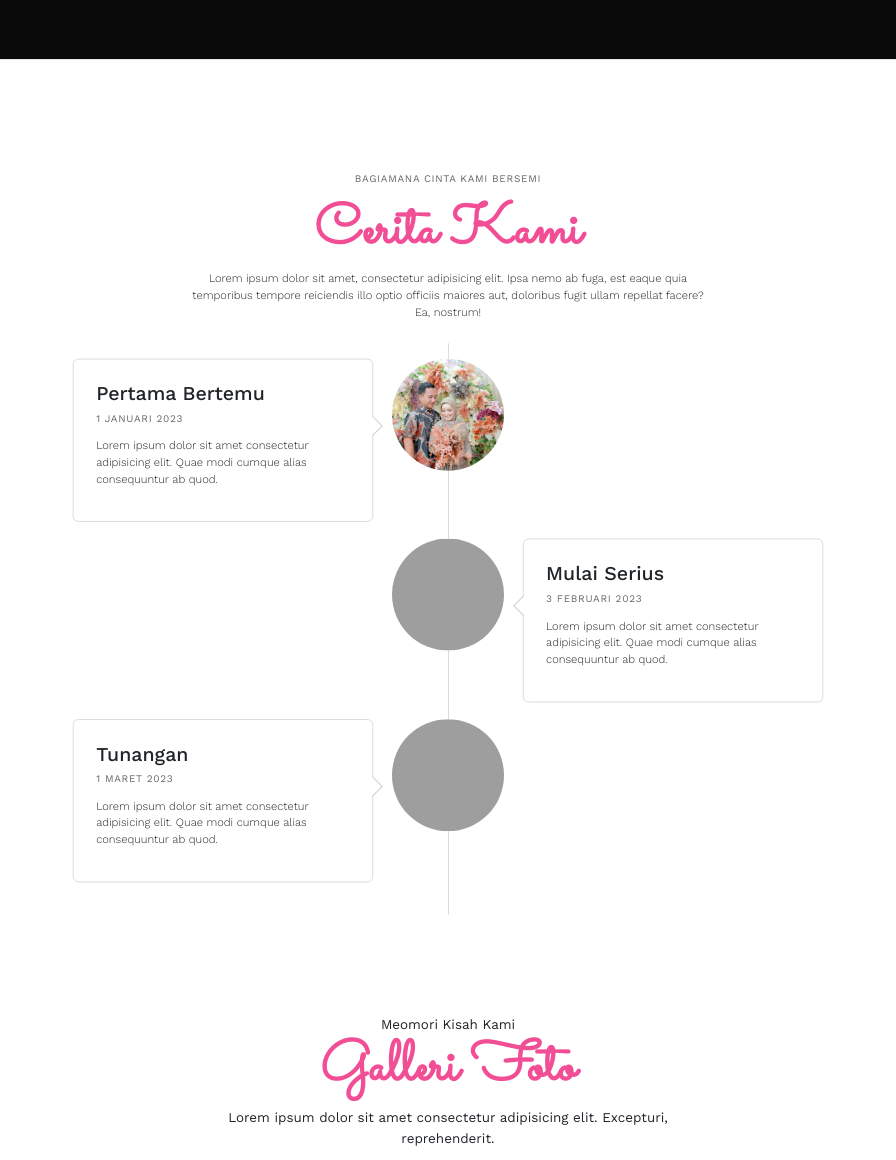
Repository: sellayspy/invitation
Page: index.html
The author's editor kept a copy of each file at every save. The page is drawn from the files as they stood at one save, then again after the next save.
The browser window is 1280 px wide. The pictures show the part of the page from y = 2439 to 4359 px (the page is 4096 px tall before and 4359 px after), at 70% of full size.
Pictures or frames that could not be fetched are drawn as grey boxes.

Above is the page before, as saved 2024-07-08 20:10:43.

After the next save:
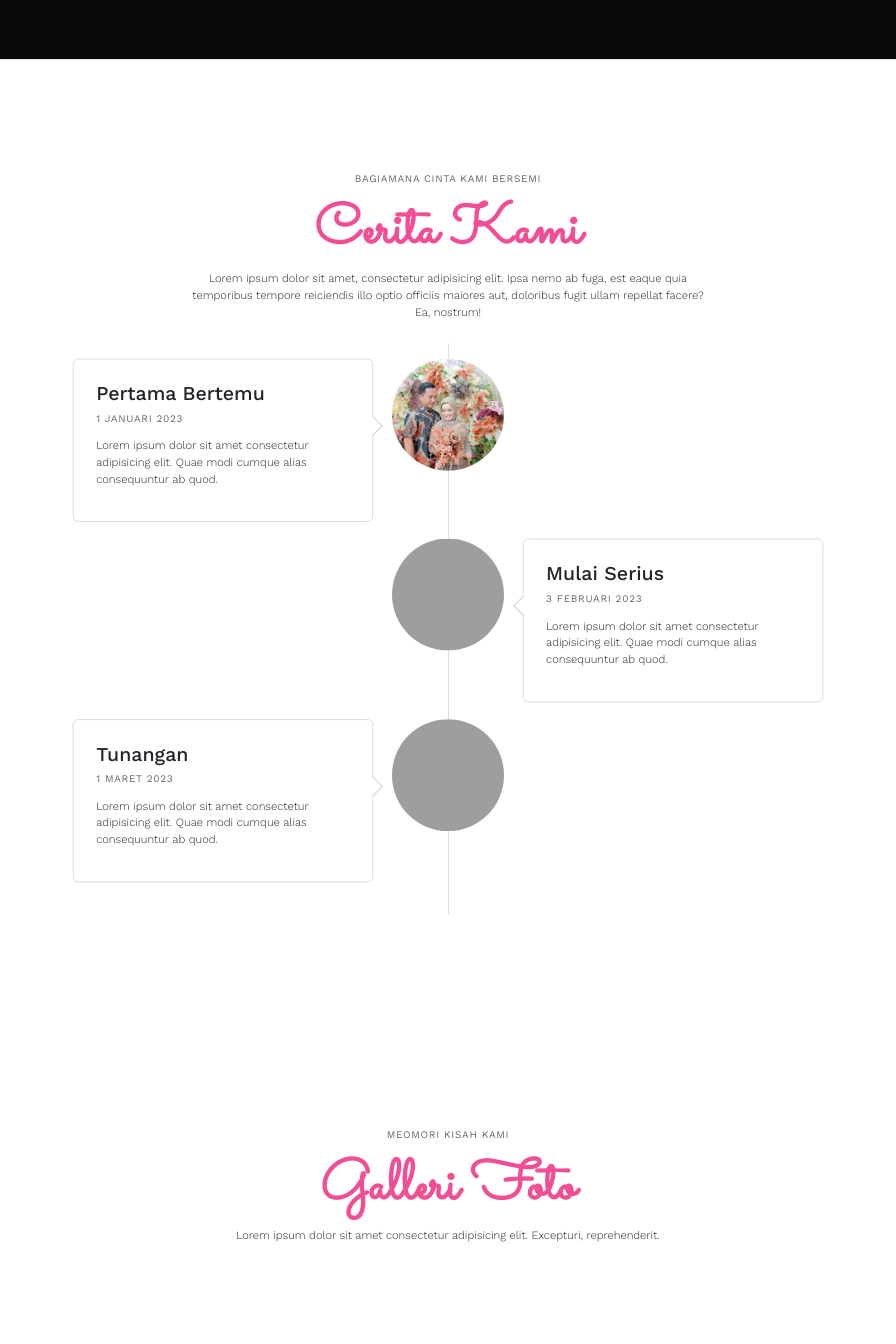
Saved 71 s later.
--- a/style.css
+++ b/style.css
@@ -182,12 +182,14 @@ body {
   font-weight: 300;
 }
 
-.story {
+.story,
+.gallery {
   padding-top: 10rem;
   padding-bottom: 8rem;
 }
 
-.story span {
+.story span,
+.gallery span {
   text-transform: uppercase;
   color: #666;
   font-size: 0.9rem;
@@ -196,7 +198,8 @@ body {
   display: block;
 }
 
-.story p {
+.story p,
+.gallery p {
   font-size: 1rem;
   font-weight: 300;
 }
